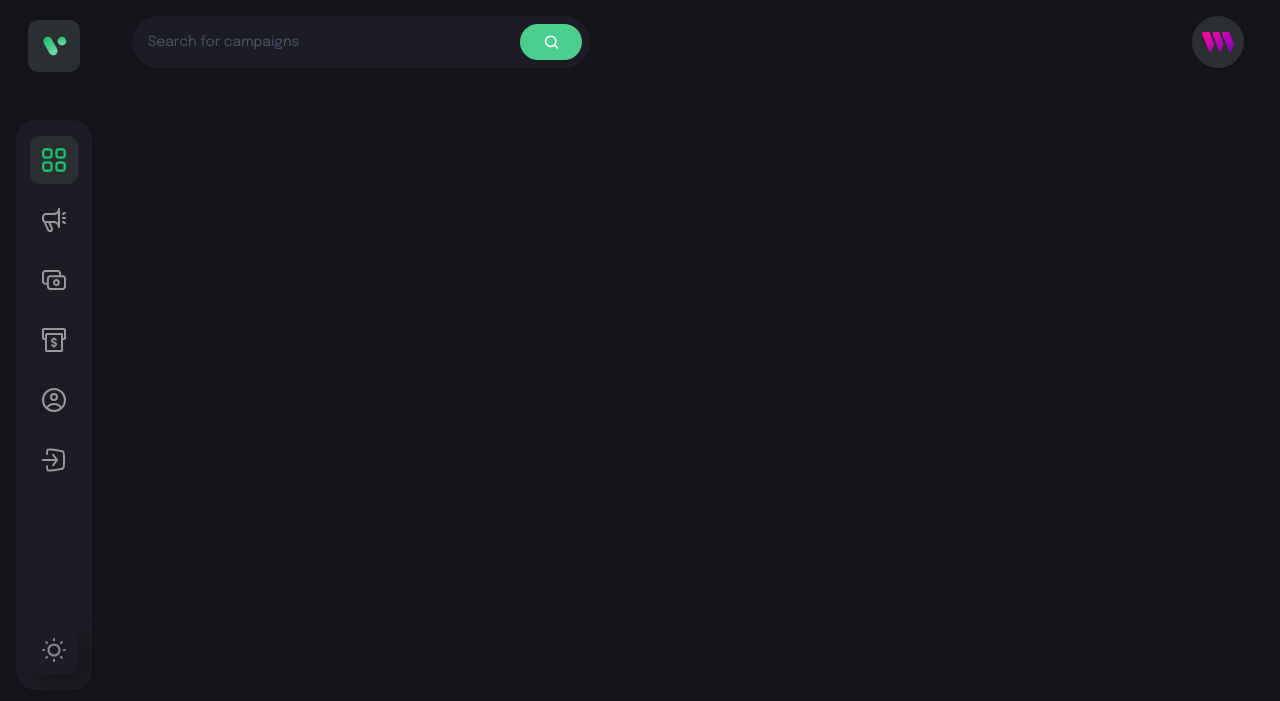
Repository: sammiesleek/crowdfunds
Page: / (app in client/)
These files come from the project's save history. The page is drawn as it stood at one moment and after the next save; the edit follows.
The browser window is 1280 px wide. The pictures show the whole page.
The project was rebuilt for these pictures with package versions that can differ from the ones it lists, and the page was loaded fresh each time. Also part of the build but not shown: client/vite.config.js, client/src/components/CustomButton.jsx.

Above is the page before, as saved 2024-05-24 20:17:55.
Console error (its wording comes from the project's code and is left out).

### client/src/main.jsx
import ReactDOM from "react-dom/client";
import App from "./App.jsx";
import "./index.css";
import { ContextProvider } from "./utils/ContextApi.jsx";
import { BrowserRouter as Router } from "react-router-dom";

ReactDOM.createRoot(document.getElementById("root")).render(
  <Router>
    <ContextProvider>
      <App />
    </ContextProvider>
  </Router>
);

### client/src/App.jsx
// src/App.js
import { useContext } from "react";
// import CreateCampaign from "./components/CreateCampaign";
// import DisplayCampaigns from "./components/DisplayCampaigns";
// import ConnectWallet from "./components/ConnectWallet";
import { Route, Routes } from "react-router-dom";
// import { ContextApi } from "./utils/ContextApi";
import Sidebar from "./components/Sidebar";
import Navbar from "./components/Navbar";
import Home from "./pages/Home";
// import CampaignDetails from "./pages/CampaignDetails";
// import CreateCampaign from "./pages/CreateCampaign";
// import Profile from "./pages/Profile";

const App = () => {
  // const { signer } = useContext(ContextApi);

  return (
    <div className="relative sm:-8 p-4 bg-[#13131a] min-h-screen flex flex-row">
      <div className="sm:flex hidden mr-10 relative">
        <Sidebar />
      </div>

      <div className="flex-1 max-sm:w-full max-w-[1280px] mx-auto sm:pr-5">
        <Navbar />

        <Routes>
          <Route path="/" element={<Home />} />
          {/* <Route path="/profile" element={<Profile/>} />
          <Route path="/create-campaign" element={<CreateCampaign/>} />
          <Route path="/campaign-details/:id" element={<CampaignDetails />} /> */}
        </Routes>
      </div>
    </div>
  );
};

export default App;

### client/src/utils/ContextApi.jsx
import { createContext, useState } from "react";
import PropTypes from "prop-types"; // Make sure PropTypes is correctly imported

export const ContextApi = createContext();

export const ContextProvider = ({ children }) => {
  const [owner, setOwner] = useState(undefined);
  const [signer, setSigner] = useState(undefined);
  const [campaigns, setCampaigns] = useState([]);

  return (
    <ContextApi.Provider
      value={{
        owner,
        setOwner,
        signer,
        setSigner,
        campaigns,
        setCampaigns,
      }}
    >
      {children}
    </ContextApi.Provider>
  );
};

ContextProvider.propTypes = {
  children: PropTypes.node.isRequired,
};

### client/src/components/Sidebar.jsx
import { useState } from "react";
import { Link, useNavigate } from "react-router-dom";

import { navlinks } from "../utils/Constants";
import { logo, sun } from "../assets";

const Icon = ({ styles, name, imgUrl, isActive, disabled, handleClick }) => (
  <div
    className={`w-[48px] h-[48px] rounded-[10px] ${
      isActive && isActive === name && "bg-[#2c2f32]"
    } flex justify-center items-center ${
      !disabled && "cursor-pointer"
    } ${styles}`}
    onClick={handleClick}
  >
    {!isActive ? (
      <img src={imgUrl} alt="fund_logo" className="w-1/2 h-1/2" />
    ) : (
      <img
        src={imgUrl}
        alt="fund_logo"
        className={`w-1/2 h-1/2 ${isActive !== name && "grayscale"}`}
      />
    )}
  </div>
);

const Sidebar = () => {
  const navigate = useNavigate();
  const [isActive, setIsActive] = useState("dashboard");

  return (
    <div className="flex justify-between items-center flex-col sticky top-5 h-[93vh]">
      <Link to="/">
        <Icon styles="w-[52px] h-[52px] bg-[#2c2f32]" imgUrl={logo} />
      </Link>

      <div className="flex-1 flex flex-col justify-between items-center bg-[#1c1c24] rounded-[20px] w-[76px] py-4 mt-12">
        <div className="flex flex-col justify-center items-center gap-3">
          {navlinks.map((link) => (
            <Icon
              key={link.name}
              {...link}
              isActive={isActive}
              handleClick={() => {
                if (!link.disabled) {
                  setIsActive(link.name);
                  navigate(link.link);
                }
              }}
            />
          ))}
        </div>

        <Icon styles="bg-[#1c1c24] shadow-secondary" imgUrl={sun} />
      </div>
    </div>
  );
};

export default Sidebar;

### client/src/components/Navbar.jsx
import { useContext, useState } from "react";
import { Link, useNavigate } from "react-router-dom";

import { logo, menu, search, thirdweb } from "../assets";

import { ContextApi } from "../utils/ContextApi";
import CustomButton from "./CustomButton";
import { navlinks } from "../utils/Constants";
import ConnectWallet from "./ConnectWallet";

const Navbar = () => {
  const navigate = useNavigate();
  const [isActive, setIsActive] = useState("dashboard");
  const [toggleDrawer, setToggleDrawer] = useState(false);

  const { owner } = useContext(ContextApi);
  return (
    <div className="flex md:flex-row flex-col-reverse justify-between mb-[35px] gap-6">
      <div className="lg:flex-1 flex flex-row max-w-[458px] py-2 pl-4 pr-2 h-[52px] bg-[#1c1c24] rounded-[100px]">
        <input
          type="text"
          placeholder="Search for campaigns"
          className="flex w-full font-epilogue font-normal text-[14px] placeholder:text-[#4b5264] text-white bg-transparent outline-none"
        />

        <div className="w-[72px] h-full rounded-[20px] bg-[#4acd8d] flex justify-center items-center cursor-pointer">
          <img
            src={search}
            alt="search"
            className="w-[15px] h-[15px] object-contain"
          />
        </div>
      </div>

      <div className="sm:flex hidden flex-row justify-end gap-4">
        {/* <CustomButton
          btnType="button"
          title={address ? "Create a campaign" : "Connect"}
          styles={address ? "bg-[#1dc071]" : "bg-[#8c6dfd]"}
          handleClick={() => {
            if (address) navigate("create-campaign");
            else connect();
          }}
        /> */}

        <Link to="/profile">
          <div className="w-[52px] h-[52px] rounded-full bg-[#2c2f32] flex justify-center items-center cursor-pointer">
            <img
              src={thirdweb}
              alt="user"
              className="w-[60%] h-[60%] object-contain"
            />
          </div>
        </Link>
      </div>

      {/* Small screen navigation */}
      <div className="sm:hidden flex justify-between items-center relative">
        <div className="w-[40px] h-[40px] rounded-[10px] bg-[#2c2f32] flex justify-center items-center cursor-pointer">
          <img
            src={logo}
            alt="user"
            className="w-[60%] h-[60%] object-contain"
          />
        </div>

        <img
          src={menu}
          alt="menu"
          className="w-[34px] h-[34px] object-contain cursor-pointer"
          onClick={() => setToggleDrawer((prev) => !prev)}
        />

        <div
          className={`absolute top-[60px] right-0 left-0 bg-[#1c1c24] z-10 shadow-secondary py-4 ${
            !toggleDrawer ? "-translate-y-[100vh]" : "translate-y-0"
          } transition-all duration-700`}
        >
          <ul className="mb-4">
            {navlinks.map((link) => (
              <li
                key={link.name}
                className={`flex p-4 ${
                  isActive === link.name && "bg-[#3a3a43]"
                }`}
                onClick={() => {
                  setIsActive(link.name);
                  setToggleDrawer(false);
                  navigate(link.link);
                }}
              >
                <img
                  src={link.imgUrl}
                  alt={link.name}
                  className={`w-[24px] h-[24px] object-contain ${
                    isActive === link.name ? "grayscale-0" : "grayscale"
                  }`}
                />
                <p
                  className={`ml-[20px] font-epilogue font-semibold text-[14px] ${
                    isActive === link.name ? "text-[#1dc071]" : "text-[#808191]"
                  }`}
                >
                  {link.name}
                </p>
              </li>
            ))}
          </ul>

          <div className="flex mx-4">
            {/* <button
              className={`font-epilogue font-semibold text-[16px] leading-[26px] text-white min-h-[52px] px-4 rounded-[10px] ${
                owner ? "bg-[#1dc071]" : "bg-[#8c6dfd]"
              } `}
              onClick={ConnectWallet}
            >
              {owner ? "Create a campaign" : "Connect"}
            </button> */}
            <ConnectWallet />
          </div>
        </div>
      </div>
    </div>
  );
};

export default Navbar;

### client/src/pages/Home.jsx
import React, { useState, useEffect, useContext } from "react";
import { ContextApi } from "../utils/ContextApi";
import DisplayCampaigns from "../components/DisplayCampaignsold";

const Home = () => {
  const [isLoading, setIsLoading] = useState(false);
  const [campaigns, setCampaigns] = useState([]);

  const { address, contract, getCampaigns } = useContext(ContextApi);

  const fetchCampaigns = async () => {
    setIsLoading(true);
    const data = await getCampaigns();
    setCampaigns(data);
    setIsLoading(false);
  };

  useEffect(() => {
    if (contract) fetchCampaigns();
  }, [address, contract]);

  return (
    <DisplayCampaigns
      title="All Campaigns"
      isLoading={isLoading}
      campaigns={campaigns}
    />
  );
};

export default Home;

### client/src/components/ConnectWallet.jsx
import { useContext, useEffect, useState } from "react";
import { ethers } from "ethers";
import { ContextApi } from "../utils/ContextApi";

const ConnectWallet = () => {
  const { owner, setOwner, setSigner } = useContext(ContextApi);
  const [isLoading, setIsLoading] = useState(false);
  const [errorMessage, setErrorMessage] = useState(null);

  const checkIfWalletIsConnected = async () => {
    if (window.ethereum) {
      try {
        const accounts = await window.ethereum.request({
          method: "eth_accounts",
        });
        if (accounts.length > 0) {
          setOwner(accounts[0]);
          const provider = new ethers.providers.Web3Provider(window.ethereum);
          const signer = provider.getSigner();
          setSigner(signer);
        }
      } catch (error) {
        console.error("Error checking wallet connection:", error);
        setErrorMessage("Error checking wallet connection.");
      }
    } else {
      setErrorMessage("MetaMask not detected. Please install MetaMask.");
    }
  };

  const connectWallet = async () => {
    if (window.ethereum) {
      setIsLoading(true);
      try {
        const accounts = await window.ethereum.request({
          method: "eth_requestAccounts",
        });
        setOwner(accounts[0]);
        const provider = new ethers.providers.Web3Provider(window.ethereum);
        const signer = provider.getSigner();
        setSigner(signer);
      } catch (error) {
        console.error("Error connecting to wallet:", error);
        setErrorMessage("Error connecting to wallet.");
      } finally {
        setIsLoading(false);
      }
    } else {
      alert("MetaMask not detected. Please install MetaMask.");
    }
  };

  useEffect(() => {
    checkIfWalletIsConnected();
  }, []);

  const buttonText = owner ? "Create a campaign" : "Connect";
  const buttonColor = owner ? "bg-[#1dc071]" : "bg-[#8c6dfd]";

  return (
    <button
      className={`font-epilogue font-semibold text-[16px] leading-[26px] text-white min-h-[52px] px-4 rounded-[10px] ${buttonColor}`}
      onClick={connectWallet}
      disabled={isLoading}
    >
      {buttonText}
    </button>
  );
};

export default ConnectWallet;

### client/src/components/DisplayCampaignsold.jsx
// src/components/DisplayCampaigns.js
import { useContext, useEffect } from "react";
import { getCampaigns, donateToCampaign } from "../utils/contract";
import { ethers } from "ethers";
import { ContextApi } from "../utils/ContextApi";

const DisplayCampaigns = () => {
  const { campaigns, setCampaigns, signer } = useContext(ContextApi);

  useEffect(() => {
    const fetchCampaigns = async () => {
      const campaignsList = await getCampaigns();
      setCampaigns(campaignsList);
    };

    fetchCampaigns();
  }, []);

  const handleDonate = async (id) => {
    const amount = prompt("Enter the amount to donate (in ETH):");
    if (amount) {
      await donateToCampaign(signer, id, amount);
    }
  };

  return (
    <div>
      {campaigns?.map((campaign, index) => (
        <div key={index}>
          <h3>{campaign.title}</h3>
          <p>{campaign.description}</p>
          <p>
            Target: {ethers.utils.formatUnits(campaign.target, "ether")} ETH
          </p>
          <p>
            Collected:{" "}
            {ethers.utils.formatUnits(campaign.amountCollected, "ether")} ETH
          </p>
          <p>Deadline: {new Date(campaign.deadline * 1000).toLocaleString()}</p>
          <button onClick={() => handleDonate(index)}>Donate</button>
        </div>
      ))}
    </div>
  );
};

export default DisplayCampaigns;

### client/src/utils/contract.js
// src/contract.js
import { ethers } from "ethers";
import { contractAddress, contractABI } from "../config";

export const createCampaign = async (
  signer,
  _owner,
  _title,
  _description,
  _target,
  _deadline,
  _image
) => {
  try {
    // Get the Ethereum account address associated with the signer
    const _owner = await signer.getAddress();

    // Convert the date string to a timestamp
    console.log(_deadline);
    const deadlineTimestamp = Math.floor(new Date(_deadline).getTime() / 1000);

    // Create a contract instance using the provided signer
    const contract = new ethers.Contract(contractAddress, contractABI, signer);

    // Call the contract's createCampaign function with the provided parameters
    const tx = await contract.createCampaign(
      _owner,
      _title,
      _description,
      _target,
      deadlineTimestamp, // pass the converted timestamp
      _image
    );

    // Wait for the transaction to be mined and confirmed
    await tx.wait();

    console.log("Campaign created successfully:", tx);
  } catch (error) {
    console.error("Error creating campaign:", error);
  }
};

export const donateToCampaign = async (signer, id, amount) => {
  const contract = new ethers.Contract(contractAddress, contractABI, signer);
  try {
    const tx = await contract.donateToCampaign(id, {
      value: ethers.utils.parseEther(amount),
    });
    await tx.wait();
    console.log("Donation successful:", tx);
  } catch (error) {
    console.error("Error donating to campaign:", error);
  }
};

export const getCampaigns = async () => {
  const provider = new ethers.providers.Web3Provider(window.ethereum);
  const contract = new ethers.Contract(contractAddress, contractABI, provider);
  try {
    const campaigns = await contract.getCampaigns();
    return campaigns;
  } catch (error) {
    console.error("Error fetching campaigns:", error);
  }
};

### client/src/config.js
// src/config.js
export const contractAddress = "0x44A09b416E704aFC13b28D4EbE8d333c2b255C65";
import CrowdFundingABI from "./CrowdFunding.json";

export const contractABI = CrowdFundingABI.abi;

// export const contractABI = [
//   {
//     abi: [
//       {
//         inputs: [
//           {
//             internalType: "uint256",
//             name: "",
//             type: "uint256",
//           },
//         ],
//         name: "campaigns",
//         outputs: [
//           {
//             internalType: "address",
//             name: "owner",
//             type: "address",
//           },
//           {
//             internalType: "string",
//             name: "title",
//             type: "string",
//           },
//           {
//             internalType: "string",
//             name: "description",
//             type: "string",
//           },
//           {
//             internalType: "uint256",
//             name: "target",
//             type: "uint256",
//           },
//           {
//             internalType: "uint256",
//             name: "deadline",
//             type: "uint256",
//           },
//           {
//             internalType: "uint256",
//             name: "amountCollected",
//             type: "uint256",
//           },
//           {
//             internalType: "string",
//             name: "image",
//             type: "string",
//           },
//         ],
//         stateMutability: "view",
//         type: "function",
//       },
//       {
//         inputs: [
//           {
//             internalType: "address",
//             name: "_owner",
//             type: "address",
//           },
//           {
//             internalType: "string",
//             name: "_title",
//             type: "string",
//           },
//           {
//             internalType: "string",
//             name: "_description",
//             type: "string",
//           },
//           {
//             internalType: "uint256",
//             name: "_target",
//             type: "uint256",
//           },
//           {
//             internalType: "uint256",
//             name: "_deadline",
//             type: "uint256",
//           },
//           {
//             internalType: "string",
//             name: "_image",
//             type: "string",
//           },
//         ],
//         name: "createCampaign",
//         outputs: [
//           {
//             internalType: "uint256",
//             name: "",
//             type: "uint256",
//           },
//         ],
//         stateMutability: "nonpayable",
//         type: "function",
//       },
//       {
//         inputs: [
//           {
//             internalType: "uint256",
//             name: "_id",
//             type: "uint256",
//           },
//         ],
//         name: "donateToCampaign",
//         outputs: [],
//         stateMutability: "payable",
//         type: "function",
//       },
//       {
//         inputs: [],
//         name: "getCampaigns",
//         outputs: [
//           {
//             components: [
//               {
//                 internalType: "address",
//                 name: "owner",
//                 type: "address",
//               },
//               {
//                 internalType: "string",
//                 name: "title",
//                 type: "string",
//               },
//               {
//                 internalType: "string",
//                 name: "description",
//                 type: "string",
//               },
//               {
//                 internalType: "uint256",
//                 name: "target",
//                 type: "uint256",
//               },
//               {
//                 internalType: "uint256",
//                 name: "deadline",
//                 type: "uint256",
//               },
//               {
//                 internalType: "uint256",
//                 name: "amountCollected",
//                 type: "uint256",
//               },
//               {
//                 internalType: "string",
//                 name: "image",
//                 type: "string",
//               },
//               {
//                 internalType: "address[]",
//                 name: "donators",
//                 type: "address[]",
//               },
//               {
//                 internalType: "uint256[]",
//                 name: "donations",
//                 type: "uint256[]",
//               },
//             ],
//             internalType: "struct CrowdFunding.Campaign[]",
//             name: "",
//             type: "tuple[]",
//           },
//         ],
//         stateMutability: "view",
//         type: "function",
//       },
//       {
//         inputs: [
//           {
//             internalType: "uint256",
//             name: "_id",
//             type: "uint256",
//           },
//         ],
//         name: "getDonators",
//         outputs: [
//           {
//             internalType: "address[]",
//             name: "",
//             type: "address[]",
//           },
//           {
//             internalType: "uint256[]",
//             name: "",
//             type: "uint256[]",
//           },
//         ],
//         stateMutability: "view",
//         type: "function",
//       },
//       {
//         inputs: [],
//         name: "numberOfCampaigns",
//         outputs: [
//           {
//             internalType: "uint256",
//             name: "",
//             type: "uint256",
//           },
//         ],
//         stateMutability: "view",
//         type: "function",
//       },
//     ],
//   },
// ];

Loaded but not shown: client/index.html (common file); client/src/index.css (common file); client/src/utils/Constants.js (common file); client/src/assets/index.js (common file); client/tailwind.config.js (common file); client/src/CrowdFunding.json (214 lines, source omitted)

After the next save:
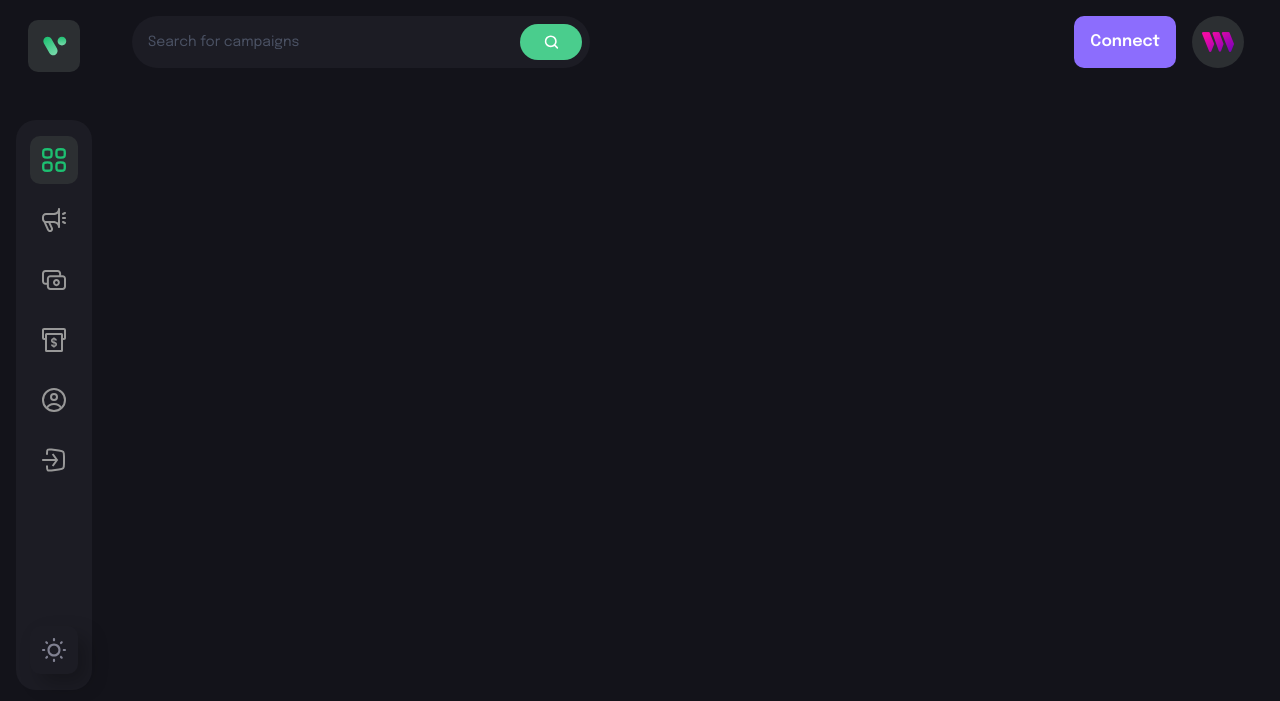
Saved 9 min 14 s later.
--- a/client/src/components/Navbar.jsx
+++ b/client/src/components/Navbar.jsx
@@ -33,15 +33,7 @@
       </div>
 
       <div className="sm:flex hidden flex-row justify-end gap-4">
-        {/* <CustomButton
-          btnType="button"
-          title={address ? "Create a campaign" : "Connect"}
-          styles={address ? "bg-[#1dc071]" : "bg-[#8c6dfd]"}
-          handleClick={() => {
-            if (address) navigate("create-campaign");
-            else connect();
-          }}
-        /> */}
+        <ConnectWallet />
 
         <Link to="/profile">
           <div className="w-[52px] h-[52px] rounded-full bg-[#2c2f32] flex justify-center items-center cursor-pointer">
@@ -108,14 +100,6 @@
           </ul>
 
           <div className="flex mx-4">
-            {/* <button
-              className={`font-epilogue font-semibold text-[16px] leading-[26px] text-white min-h-[52px] px-4 rounded-[10px] ${
-                owner ? "bg-[#1dc071]" : "bg-[#8c6dfd]"
-              } `}
-              onClick={ConnectWallet}
-            >
-              {owner ? "Create a campaign" : "Connect"}
-            </button> */}
             <ConnectWallet />
           </div>
         </div>
